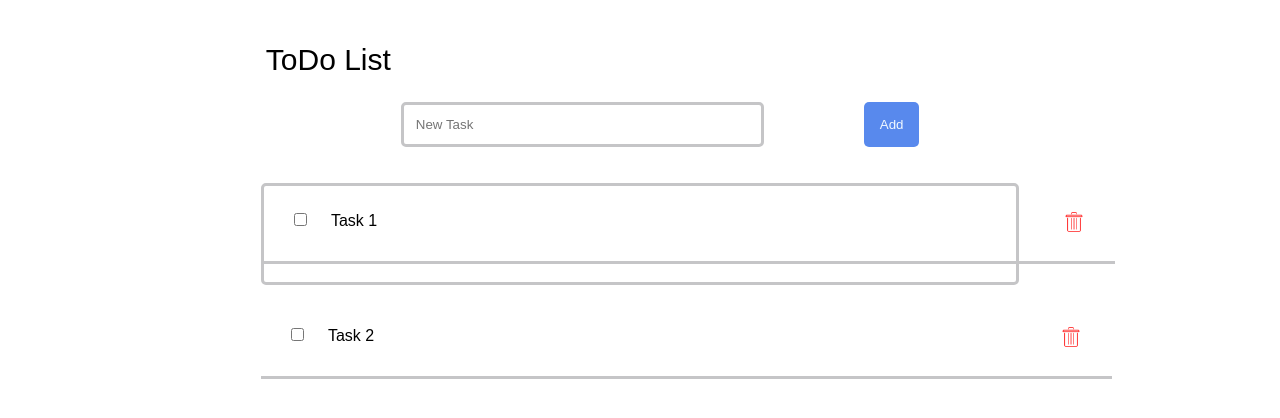
Repository: aknurkappar/web-development-2023
Page: Lab3/ToDoList/index.html
The author's editor kept a copy of each file at every save. The page is drawn from the files as they stood at one save, then again after a run of saves.
The browser window is 1280 px wide. The pictures show the whole page.

Above is the page before, as saved 2023-02-15 14:21:11.

### Lab3/ToDoList/index.html
<!DOCTYPE html>
<html lang="en">
  <head>
    <meta charset="UTF-8" />
    <meta http-equiv="X-UA-Compatible" content="IE=edge" />
    <meta name="viewport" content="width=device-width, initial-scale=1.0" />
    <title>To do list</title>
    <link rel="stylesheet" href="index.css" />
    <script src="./index.js" async></script>
  </head>
  <body>
    <div class="to-do-list">
      <p class="header-text">ToDo List</p>
      <div class="adder">
        <input type="text" id="myInput" placeholder="New Task" />
        <button>Add</button>
      </div>
      <div id="list-of-tasks">
      <ul class="list">
        <li>
            <div class="item">
                <p> <input type="checkbox" /> Task 1</p>
                <button class="trash-button">
                    <img src="./assets/trash.png" alt="Trash icon">
                </button>
            </div>
            <br>
          </div>

        <div>
          <div class="item">
              <p> <input type="checkbox" /> Task 2</p>
              <button class="trash-button">
                  <img src="./assets/trash.png" alt="Trash icon">
              </button>
          </div>
        </div>
      </ul>

    </div>


  </body>
</html>

### Lab3/ToDoList/index.css
body{
    display: flex;
    justify-content: center;
}

p{
    font-family: sans-serif;
}

.to-do-list{
    display: flex;
    flex-direction: column;
    justify-content: center;
    width: 60%;
    margin: 30px;
}
.header-text{
    margin: 5px;
    font-size: 30px;
    text-align: start;
}
.adder input{
    margin-left: 40px;
    width: 25em;
    padding: 12px;
    border: solid #c5c5c7;
    border-radius: 5px;
}
.adder{
    display: flex;
    justify-content: space-evenly;
    margin: 20px 0px;
}
.adder button{
    width: 55px;
    background-color: rgb(88, 137, 237);
    border: none;
    border-radius: 5px;
    color: aliceblue;
}
.list{
    border: solid #c5c5c7;
    border-radius: 5px;
}
.item{
    display: flex;
    justify-content: space-between;
    width: 831px;
    border-bottom: #c5c5c7 solid;
    margin: 0;
    padding: 10px;
}
.item button{
    background: none;
    border: none;
    margin: 15px;
}

.item input{
    margin: 0px 20px;
}

.trash-button img{
    width: 20px;
}

ul{
    list-style-type: none;
    padding: 0;
}

### Lab3/ToDoList/index.js
const item =
    `<li>
    <div class="item">
        <p> <input type="checkbox" /> Task 1</p>
        <button class="trash-button">
            <img src="./assets/trash.png" alt="Trash icon">
        </button>
    </div>
    <br>
</li>`

let itemArrayList = [
    {
        title : "clean house",
        isDone : false
    },
    {
        title : "do homework",
        isDone : false
    },
    {
        title : "make dinner",
        isDone : false
    }
]

let listElement = document.getElementById("list-of-tasks")
console.log(listElement)
console.log(item)

itemArrayList.forEach((e) => {
    let newItem = `<li>
    <div class="item">
        <p> <input type="checkbox" /> ${e.title}</p>
        <button class="trash-button">
            <img src="./assets/trash.png" alt="Trash icon">
        </button>
        </div>
        <br>
    </li>`
    console.log(newItem)


})

let inputLine = document.getElementById(myInput)

After the next 3 saves:
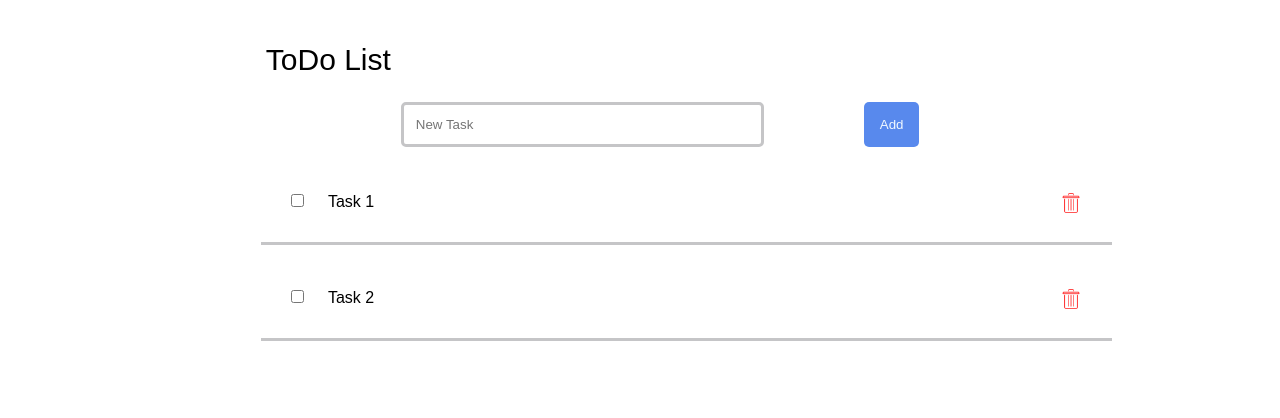
The 3 saves are shown as one change because they came seconds apart.
The last was saved 9 s later.
--- a/Lab3/ToDoList/index.html
+++ b/Lab3/ToDoList/index.html
@@ -16,8 +16,7 @@
         <button>Add</button>
       </div>
       <div id="list-of-tasks">
-      <ul class="list">
-        <li>
+        <div>
             <div class="item">
                 <p> <input type="checkbox" /> Task 1</p>
                 <button class="trash-button">
@@ -35,7 +34,6 @@
               </button>
           </div>
         </div>
-      </ul>
 
     </div>
 
